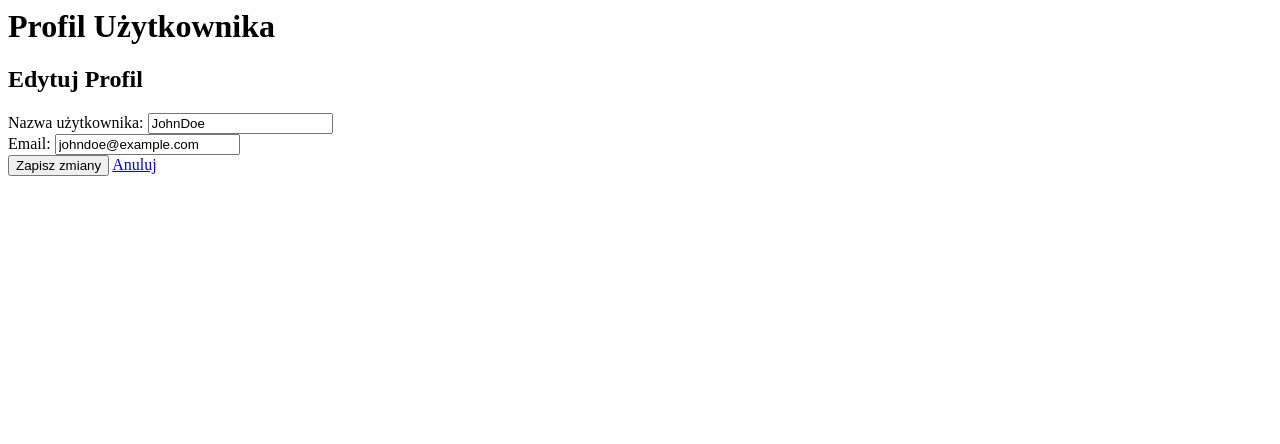
Repository: BoguszKonrady/FORUM
Page: http://localhost/app/views/user/userInfo.php?edit=true
An editor plug-in stored every save of this project. The page is shown before and after the next save, followed by the edit.
The browser window is 1280 px wide. The pictures show the whole page.
The page is run by PHP 8.4 with error messages shown; the project is at /var/www/html/.

Above is the page before, as saved 2024-06-05 20:20:16.

### app/views/user/userInfo.php
<!-- profileInfo.php -->
<?php
$isEdit = isset($_GET['edit']) && $_GET['edit'] == 'true';
$user = [
    'username' => 'JohnDoe', // Replace with actual user data
    'email' => 'johndoe@example.com', // Replace with actual user data
    'created_at' => '2023-01-01' // Replace with actual user data
];
?>

<div class="">
    <div id="main-content" class="">
        <h1>Profil Użytkownika</h1>
        <?php if (!$isEdit): ?>
            <div class="">
                <div class="card-body">
                    <h5 class="card-title">Nazwa użytkownika: <?php echo htmlspecialchars($user['username']); ?></h5>
                    <p class="card-text">Email: <?php echo htmlspecialchars($user['email']); ?></p>
                    <p class="card-text">Data rejestracji: <?php echo htmlspecialchars($user['created_at']); ?></p>
                    <a href="?edit=true" class="btn btn-primary">Edytuj profil</a>
                    <a href="/index.php" class="btn btn-secondary">Wróć do panelu</a>
                </div>
            </div>
        <?php else: ?>
            <h2>Edytuj Profil</h2>
            <form action="/controllers/user/editProfile.php" method="post">
                <div class="form-group">
                    <label for="username">Nazwa użytkownika:</label>
                    <input type="text" class="form-control" id="username" name="username" value="<?php echo htmlspecialchars($user['username']); ?>" required>
                </div>
                <div class="form-group">
                    <label for="email">Email:</label>
                    <input type="email" class="form-control" id="email" name="email" value="<?php echo htmlspecialchars($user['email']); ?>" required>
                </div>
                <button type="submit" class="btn btn-primary">Zapisz zmiany</button>
                <a href="?edit=false" class="btn btn-secondary">Anuluj</a>
            </form>
        <?php endif; ?>
    </div>
</div>

After the next save:
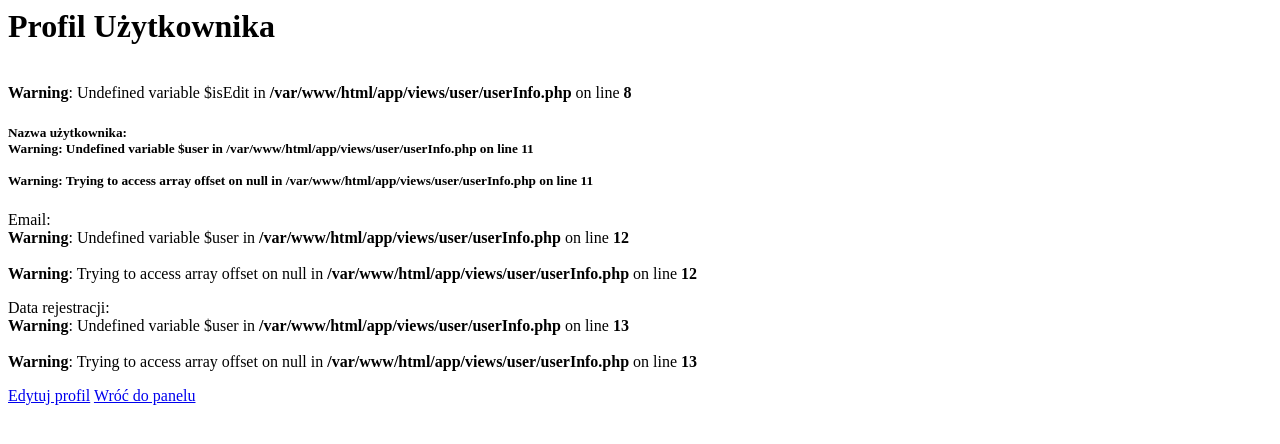
Saved 25 s later.
--- a/app/views/user/userInfo.php
+++ b/app/views/user/userInfo.php
@@ -1,11 +1,5 @@
-<!-- profileInfo.php -->
 <?php
-$isEdit = isset($_GET['edit']) && $_GET['edit'] == 'true';
-$user = [
-    'username' => 'JohnDoe', // Replace with actual user data
-    'email' => 'johndoe@example.com', // Replace with actual user data
-    'created_at' => '2023-01-01' // Replace with actual user data
-];
+
 ?>
 
 <div class="">
